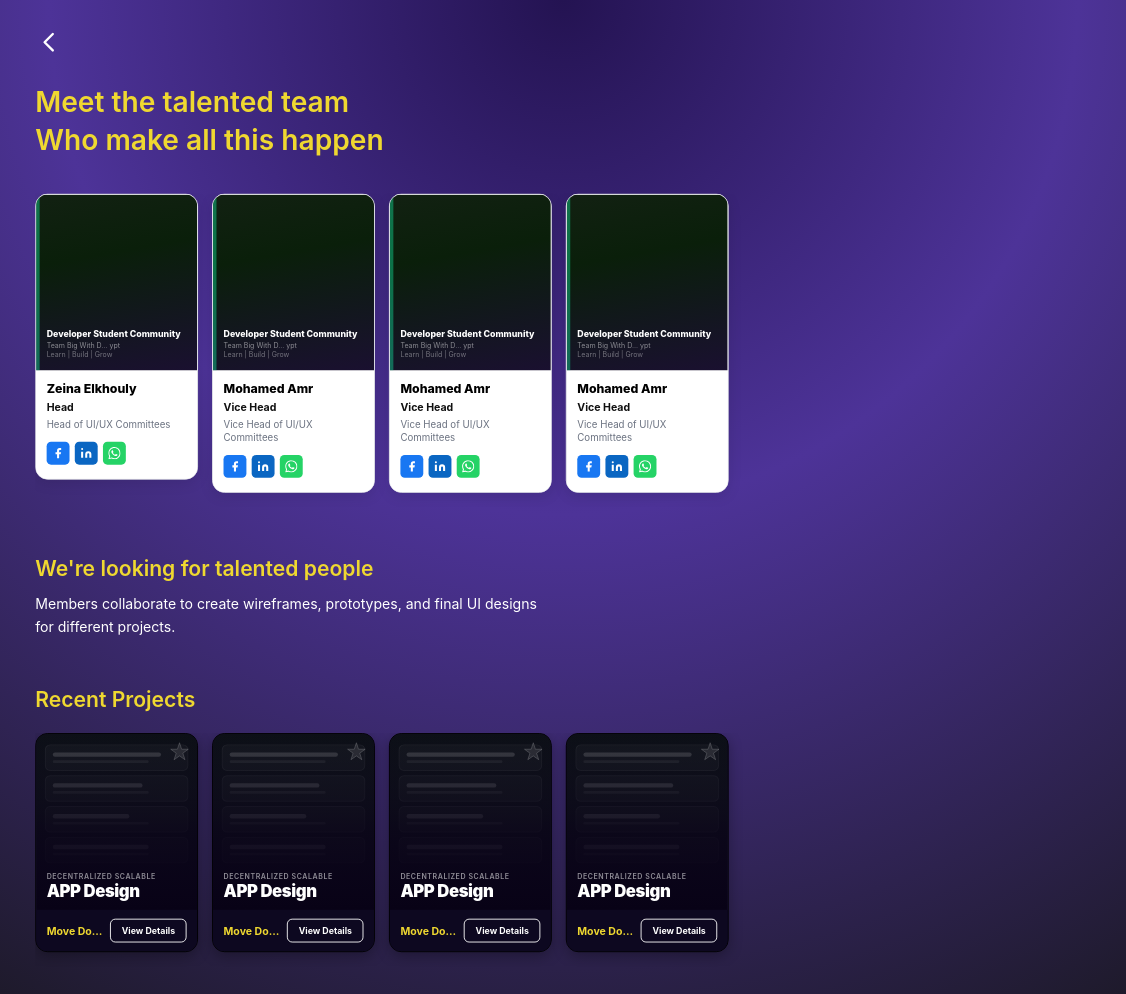
Repository: Frontend-Committee/StarUnion-Website
Page: /committees/artificial-intelligence
An editor plug-in stored every save of this project. The page is shown before and after the next save, followed by the edit.
The browser window is 1280 px wide. The pictures show the whole page, at 88% of full size.
The project was rebuilt for these pictures with package versions that can differ from the ones it lists, and the page was loaded fresh each time. Also part of the build but not shown: vite.config.js, src/features/committees/components/CommitteeBadge.jsx, src/features/committees/components/CommitteeCard.jsx, src/features/committees/pages/CommitteesPage.jsx, src/components/common/Navbar.jsx, src/components/common/Footer.jsx.

Above is the page before, as saved 2026-02-26 03:10:55.

After the next save:
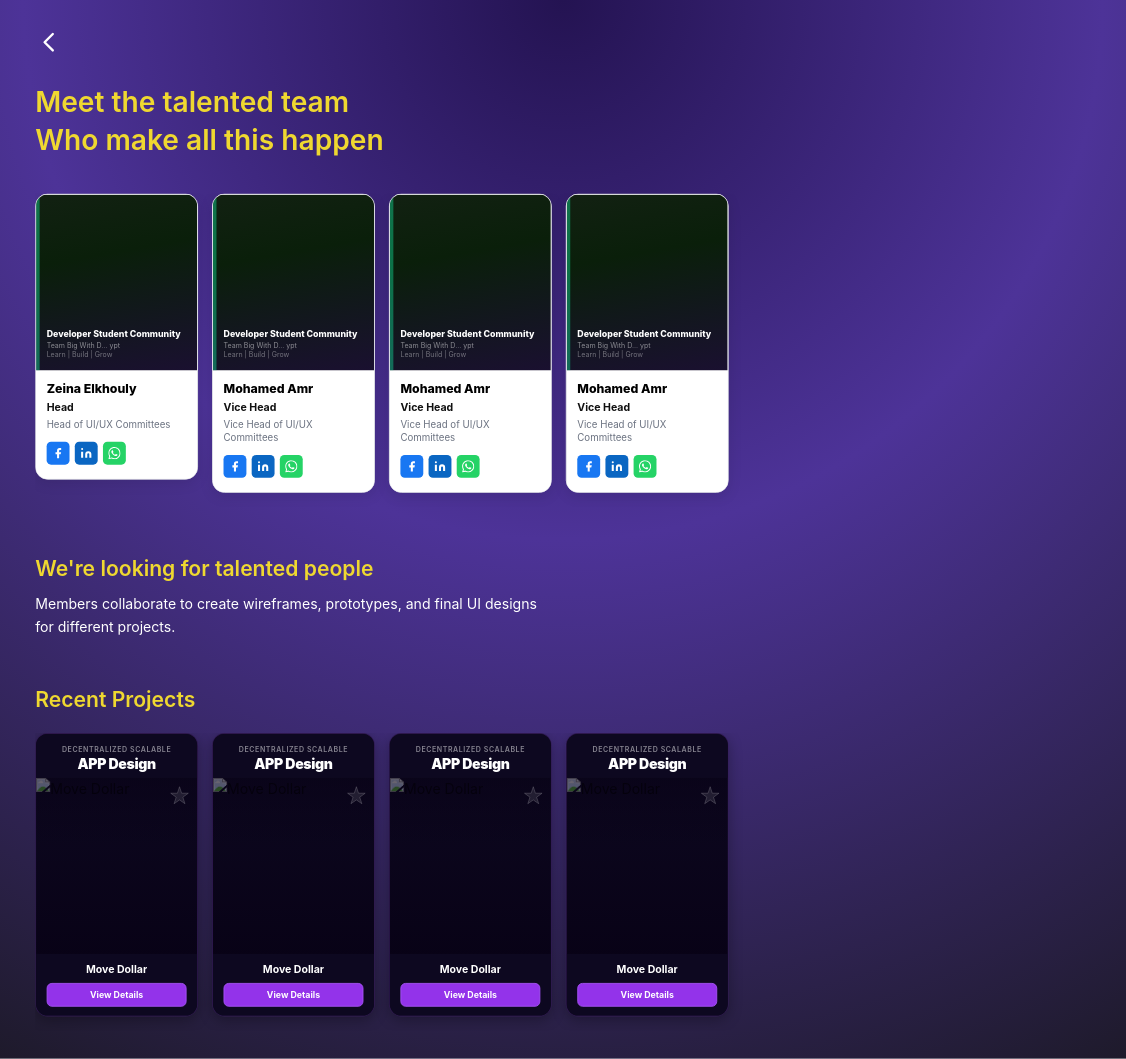
Saved 17 min 53 s later.
--- a/src/features/committees/pages/CommitteeDetailsPage.jsx
+++ b/src/features/committees/pages/CommitteeDetailsPage.jsx
@@ -130,64 +130,45 @@ const ProjectCard = ({ project, delay = 0 }) => (
     <motion.div
       whileHover={{ y: -5, boxShadow: "0 16px 40px rgba(116,65,255,0.25)" }}
       transition={{ type: "spring", stiffness: 300, damping: 22 }}
-      className="w-[185px] rounded-[14px] overflow-hidden border border-primary/20 bg-[#0d0820] flex flex-col"
+      className="w-[185px] rounded-[14px] overflow-hidden border border-purple-500/20 bg-[#0d0820] flex flex-col"
       style={{ boxShadow: "0 4px 16px rgba(0,0,0,0.30)" }}
     >
+      {/* ── Title on top centered ── */}
+      <div className="px-3 pt-3 pb-2 text-center bg-[#0d0820]">
+        <p className="text-white/50 text-[8px] font-semibold tracking-[0.08em] uppercase mb-[2px]">
+          {project.subtitle}
+        </p>
+        <h4 className="text-white font-black text-[16px] leading-none tracking-tight">
+          {project.type}
+        </h4>
+      </div>
+
       {/* ── Screenshot preview area ── */}
       <div className="relative w-full overflow-hidden" style={{ height: 200 }}>
-        {/* Deep dark layered background */}
+        {/* Real background image */}
+        <img
+          src={project.image}
+          alt={project.title}
+          className="absolute inset-0 w-full h-full object-cover"
+        />
+
+        {/* Shadow overlay from bottom */}
         <div
           className="absolute inset-0"
           style={{
             background:
-              "linear-gradient(180deg, #0d1117 0%, #141920 45%, #1a1230 100%)",
+              "linear-gradient(to top, rgba(8,2,22,0.95) 0%, rgba(8,2,22,0.5) 50%, rgba(8,2,22,0.1) 100%)",
           }}
         />
 
-        {/* Fake UI card rows — screenshot effect */}
-        <div className="absolute inset-0 p-2.5 pt-3 flex flex-col gap-[5px]">
-          {[85, 70, 60, 75].map((w, i) => (
-            <div
-              key={i}
-              className="rounded-[6px] p-2 flex flex-col gap-[4px]"
-              style={{
-                background: "rgba(255,255,255,0.035)",
-                border: "1px solid rgba(255,255,255,0.06)",
-              }}
-            >
-              <div
-                className="h-[5px] rounded-full"
-                style={{
-                  width: `${w}%`,
-                  background: "rgba(255,255,255,0.18)",
-                }}
-              />
-              <div
-                className="h-[3px] rounded-full w-3/4"
-                style={{ background: "rgba(255,255,255,0.08)" }}
-              />
-            </div>
-          ))}
-        </div>
-
-        {/* Gradient fade from bottom */}
+        {/* Shadow overlay from top */}
         <div
           className="absolute inset-0"
           style={{
             background:
-              "linear-gradient(to top, rgba(8,2,22,1) 0%, rgba(8,2,22,0.75) 45%, rgba(8,2,22,0.1) 100%)",
+              "linear-gradient(to bottom, rgba(8,2,22,0.6) 0%, transparent 40%)",
           }}
         />
-
-        {/* Overlay text — "Decentralized. Scalable." + "APP Design" */}
-        <div className="absolute bottom-0 left-0 right-0 px-3 pb-3">
-          <p className="text-white/55 text-[8px] font-semibold tracking-[0.08em] uppercase mb-[1px]">
-            {project.subtitle}
-          </p>
-          <h4 className="text-white font-black text-[19px] leading-none tracking-tight">
-            {project.type}
-          </h4>
-        </div>
 
         {/* Decorative star top-right */}
         <div className="absolute top-2 right-2 opacity-50">
@@ -204,12 +185,12 @@ const ProjectCard = ({ project, delay = 0 }) => (
         </div>
       </div>
 
-      {/* ── Bottom bar ── */}
-      <div className="px-3 py-[10px] flex items-center justify-between gap-2 bg-[#0d0820]">
-        <p className="text-tertiary font-bold text-[12px] leading-tight flex-1 truncate">
+      {/* ── Bottom bar — title + button centered ── */}
+      <div className="px-3 py-[10px] flex flex-col items-center gap-2 bg-[#0d0820]">
+        <p className="text-white font-bold text-[12px] leading-tight truncate">
           {project.title}
         </p>
-        <button className="flex-shrink-0 px-3 py-[5px] text-[10px] text-white bg-primary border border-primary rounded-[6px] hover:bg-primary/80 transition-colors font-bold whitespace-nowrap">
+        <button className="w-full px-3 py-[5px] text-[10px] text-white bg-purple-600 border border-purple-500 rounded-[6px] hover:bg-purple-500/80 transition-colors font-bold whitespace-nowrap text-center">
           View Details
         </button>
       </div>
